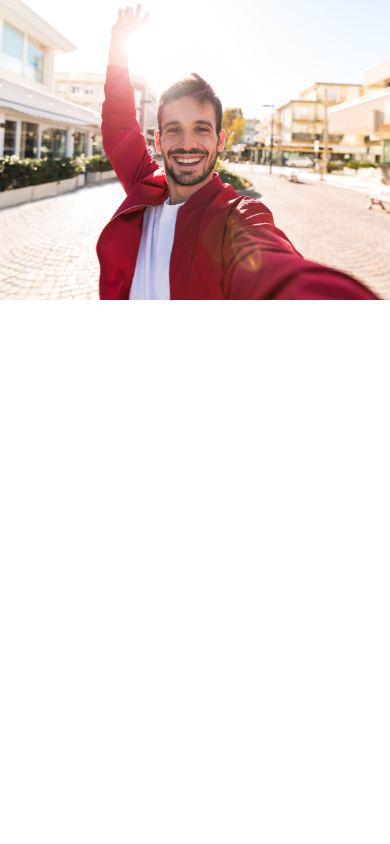
Repository: georgehgfonseca/F05-Trena-Native
Screen: /
The author's editor kept a copy of each file at every save. The screen is drawn from the files as they stood at one save, then again after the next save.
The app was drawn by React Native's web renderer in a window 390 px wide. The project was rebuilt for these pictures with package versions that can differ from the ones it lists, and the page was loaded fresh each time.

Above is the screen before, as saved 2022-10-13 15:42:57.

After the next save:
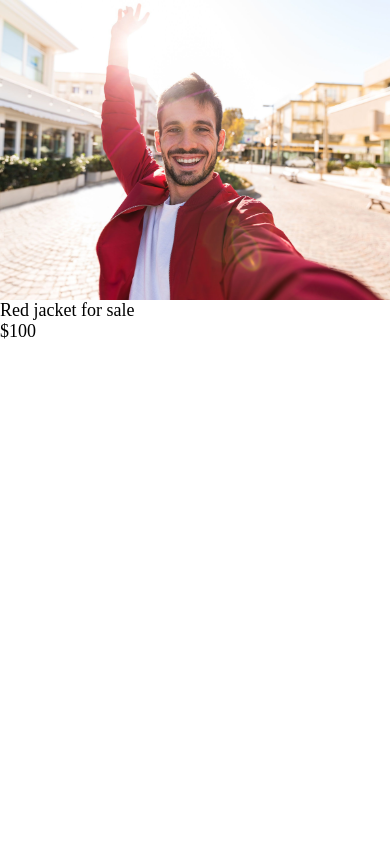
Saved 67 s later.
--- a/app/screens/ListingDetailsScreen.tsx
+++ b/app/screens/ListingDetailsScreen.tsx
@@ -1,5 +1,6 @@
 import React from "react";
 import { Image, View, StyleSheet } from "react-native";
+import AppText from "../components/AppText";
 
 export function ListingDetailsScreen(props: any) {
   return (
@@ -8,6 +9,8 @@ export function ListingDetailsScreen(props: any) {
         style={styles.image}
         source={require("../assets/jacket.jpg")}
       ></Image>
+      <AppText>Red jacket for sale</AppText>
+      <AppText>$100</AppText>
     </View>
   );
 }
